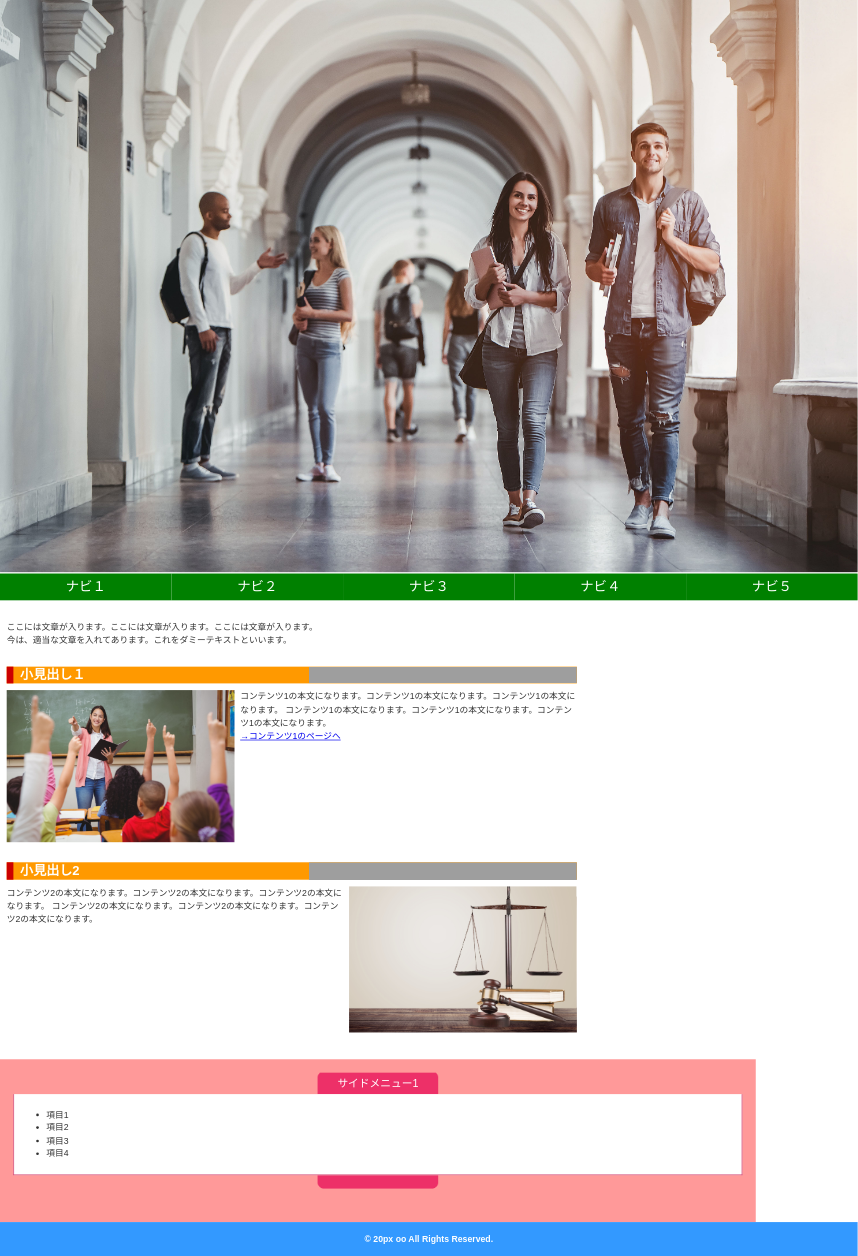
Repository: sachiko23/samurai_HTML-CSS
Page: home.html
The author's editor kept a record of every edit. The page is drawn from the files as they stood at one moment, then again after the next edit.
The browser window is 1280 px wide. The pictures show the whole page, at 67% of full size.
Pictures or frames that could not be fetched are drawn as grey boxes.

Above is the page before.

### home.html
<!DOCTYPE html>
<html lang="ja">
    <head>
    <meta charset="UTF-8">
    <title>HTML/CSSの学習</title>
    <link rel="stylesheet" href="stylesheet.css">
    </head>
    <body>
        <div id="header">
            <h1><a href="index.html"><img id="corridor" src="images/corridor.jpg" alt="大学の廊下" /></a></h1>
        </div>
        <div id="wrapper">
            <div id="nav">
                <ul>
                    <li><a href="home.html">ナビ１</a></li>
                    <li><a href="#">ナビ２</a></li>
                    <li><a href="#">ナビ３</a></li>
                    <li><a href="#">ナビ４</a></li>
                    <li><a href="#">ナビ５</a></li>
                </ul>
            </div>
            <div id="container">
                <div id="main">
                    <div class="post">
                        <p>ここには文章が入ります。ここには文章が入ります。ここには文章が入ります。<br />今は、適当な文章を入れてあります。これをダミーテキストといいます。</p>
                    </div>
                    <div class="post clearfix">
                        <h2>小見出し１</h2>
                        <img class="left" src="images/classroom.jpg" alt="授業風景" />
                        <p>
                            コンテンツ1の本文になります。コンテンツ1の本文になります。コンテンツ1の本文になります。
                            コンテンツ1の本文になります。コンテンツ1の本文になります。コンテンツ1の本文になります。
                        </p>
                        <p><a href="#">→コンテンツ1のページへ</a></p>
                    </div>
                    <div class="post clearfix">
                        <h2>小見出し2</h2>
                        <img class="right" src="images/scale.jpg" alt="天秤" />
                        <p>
                            コンテンツ2の本文になります。コンテンツ2の本文になります。コンテンツ2の本文になります。
                            コンテンツ2の本文になります。コンテンツ2の本文になります。コンテンツ2の本文になります。
                        </p>
                    </div>
                </div>
            </div>
            <div id="side">
                <div class="box">
                    <h2>サイドメニュー1</h2>
                    <div class="boxbody">
                        <ul>
                            <li>項目1</li>
                            <li>項目2</li>
                            <li>項目3</li>
                            <li>項目4</li>
                        </ul>
                    </div>
                </div>
            </div>
        </div>
        <div id="footer">
            <p>&copy; 20px oo All Rights Reserved.</p>
        </div>
    </body>
</html>

### stylesheet.css
@charset "utf-8";
body{
margin: 0;
padding: 0;
font-family: "ヒラギノ角ゴ Pro W3", "Hiragino Kaku Gothic Pro", "メイリオ", Meiryo, Osaka, "MS Pゴシック", "MS PGothic", sans-serif;
color: #333;
font-size: 13px;
line-height: 150%;
}
/* -------------------- wrapper -------------------- */
#wrapper{
    width: 100%;
    margin: auto;
    padding: 0px;
    border: 0px;
    background-color: #FFF;
    top: 10px;
}
/* -------------------- header -------------------- */
#header {
    width: 100%;
}
#header h1 {
    margin: 0;
    padding: 0;
}

#corridor {
    width: 100%;
    height: auto;
}

/* ------------------- footer -------------------- */
#footer {
    clear: both;
    width: 100%;
    padding: 3px 0 3px 0;
    background: #39F;
    color: #FFF;
    font-weight: bold;
    text-align: center;
}

/* -------------------- nav --------------------- */
#nav {
    width: 100%;
}
#nav ul {
    display: flex;
    margin: 0;
    padding: 0;
    list-style-type: none;
}
#nav ul li {
    width: 20%;
    text-align: center;
}
#nav ul li a {
    display: block;
    height: 20px;
    margin: 0;
    padding: 10px;
    color: #FFF;
    font-size: 20px;
    text-decoration: none;
    background-color: green;
}

#nav ul li a:hover {
    filter: drop-shadow(10px 10px 10px black);
}

/* -------------------- container -------------------- */
#container {
    width: 100%;
    margin: auto ;
    padding: auto;
    padding-top: 20px;
    clear: both;
    display: grid;
    grid-template-columns: 70vw 30vw;
}

/* -------------------- main -------------------- */
#main {
    width: 95%;
    padding: 10px 30px 10px 10px;
}
#main h2 {
    margin: 0 0 10px 0;
    padding: 3px 10px 3px 10px;
    color: #FFF;
    fomt-size: 16px;
    border-left: solid 10px #C00;
    background: #F90 url(../images/main_h2.jpg) right top repeat-y;
}
#main p {
    margin: 0;
    padding: 0;
}
#main .post {
    margin: 0 0 30px 0;
}

#main .post img.right {
  margin: 0 0 0 8px;
}
#main .post img.left {
    margin: 0 8px 0 0;
}

.right {
    float: right;
    width: 40%;
    height: auto;
}
.left {
    float: left;
    width: 40%;
    height: auto;
}

/* -------------------- clearfix -------------------- */
.clearfix {
    zoom: 1;
}
.clearfix:after{
    content: "";
    display: block;
    clear: both;
}

/* -------------------- side -------------------- */
#side {
    width: 85%;
    padding: 20px;
    background-color: #F99;
}
#side .box {
    margin: 0 auto 30px auto;
    padding: 0 0 20px 0;
    background: url(images/side_box.png) bottom no-repeat;
}
#side .box h2 {
    margin: 0;
    padding: 8px;
    text-align: center;
    color: #fff;
    font-size: 16px;
    line-height: 16px;
    font-weight: normal;
    background: url(images/side_box_h2.png) center no-repeat;
}

#side .box .boxbody {
    padding: 8px;
    border-right: solid 1px #C36;
    border-bottom: solid 1px #C36;
    border-left: solid 1px #C36;
	background: #fff;
}
#side .box .boxBody ul {
	margin: 0 0 16px 0;
	padding: 0;
}
#side .box .boxBody ul li {
	padding: 8px 0 8px 4px;
	list-style: none;
	border-bottom: solid 1px #C36;
}
#side .box .boxBody ul li:hover {
	 padding: 8px 0 8px 4px;
	 list-style: none;
	 border-bottom: solid 1px #C36;
	 box-shadow: 0px 4px 4px rgba(0, 0, 0, 0.3);
 }

After the next edit:
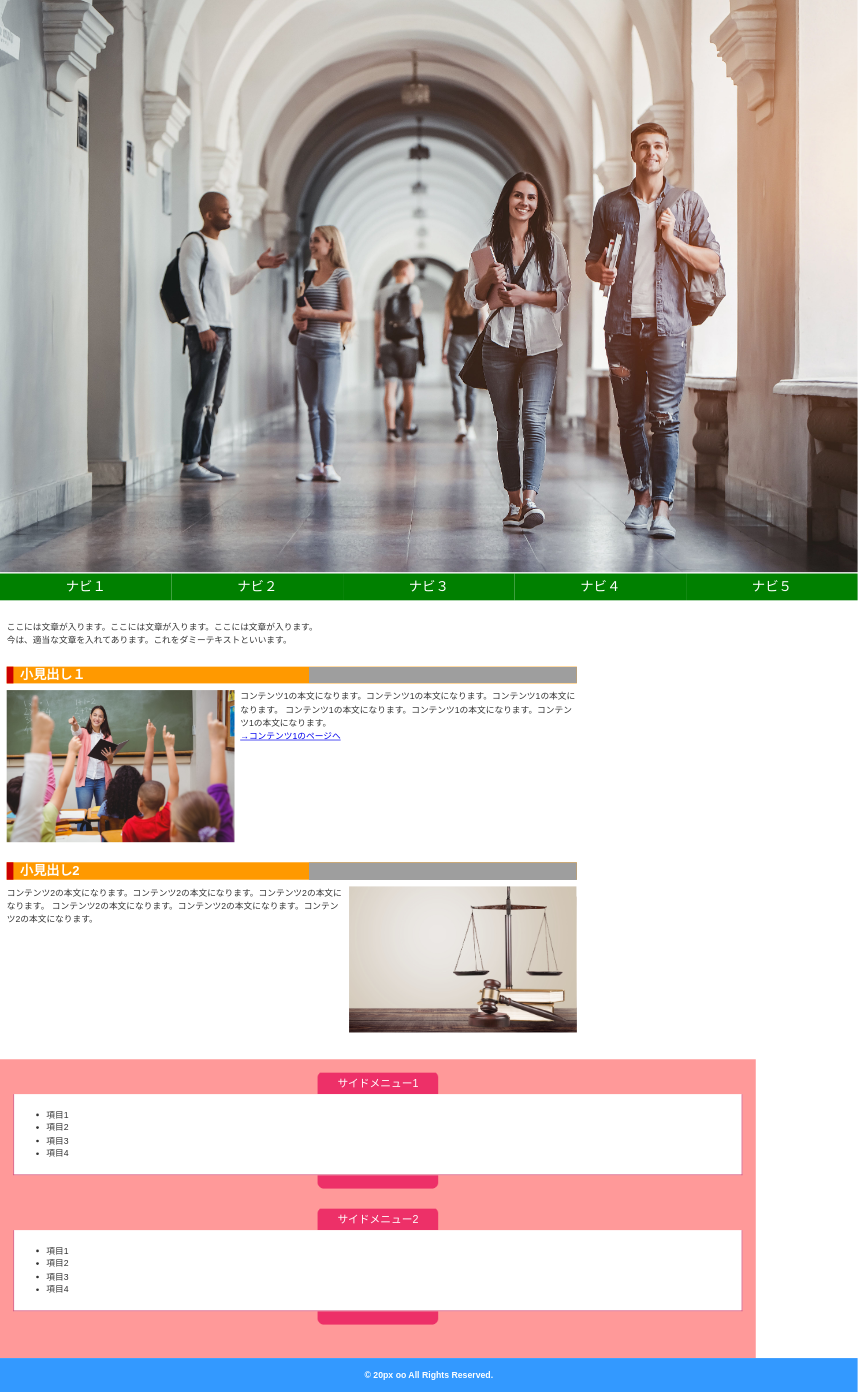
The edit:
--- a/home.html
+++ b/home.html
@@ -55,6 +55,17 @@
                         </ul>
                     </div>
                 </div>
+                <div class="box">
+                    <h2>サイドメニュー2</h2>
+                    <div class="boxbody">
+                        <ul>
+                            <li>項目1</li>
+                            <li>項目2</li>
+                            <li>項目3</li>
+                            <li>項目4</li>
+                        </ul>
+                    </div>
+                </div>
             </div>
         </div>
         <div id="footer">
